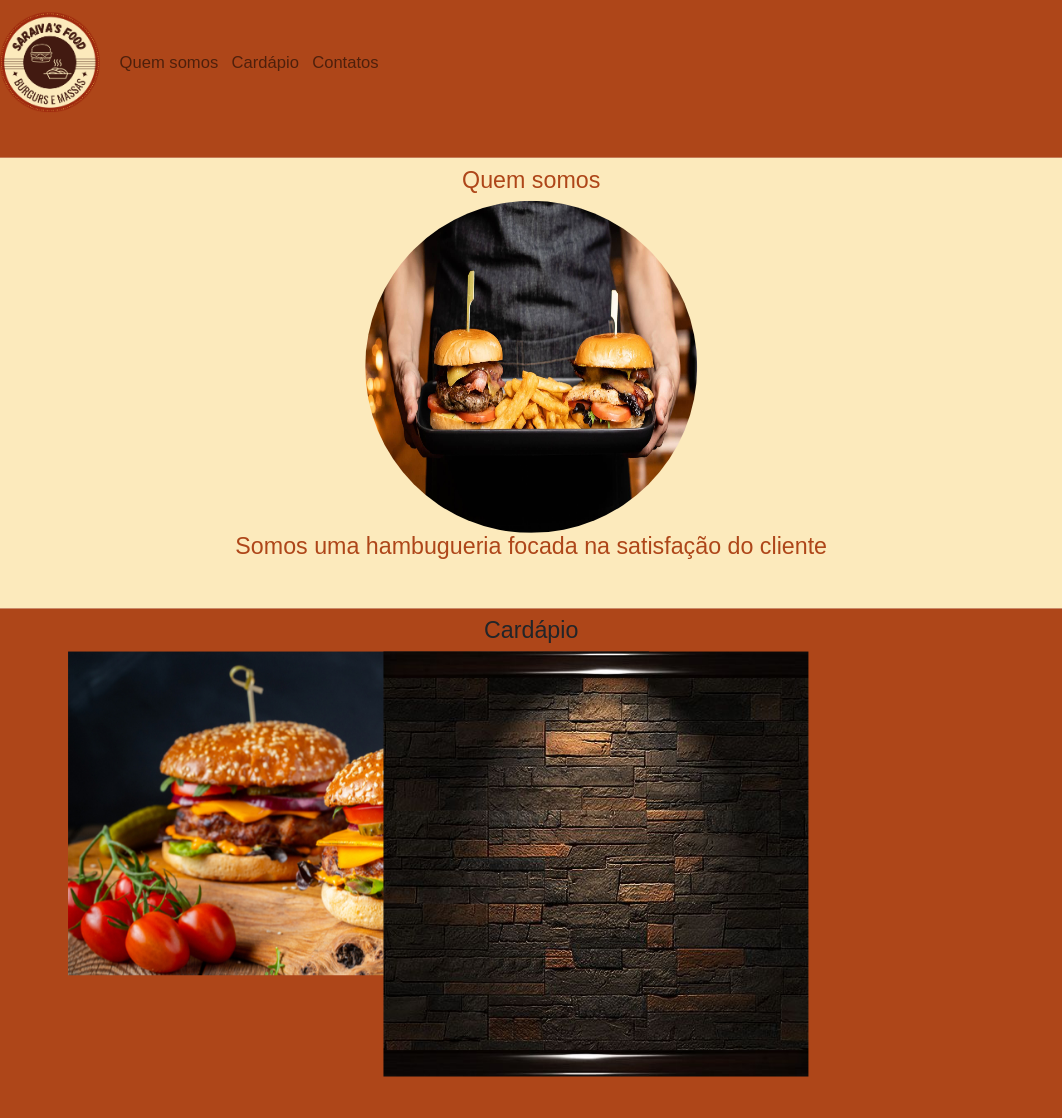
Repository: Tuanemendes/curso_bootstrap
Page: projeto1/index.html
The author's editor kept a copy of each file at every save. The page is drawn from the files as they stood at one save, then again after the next save.
The browser window is 1280 px wide. The pictures show the whole page, at 83% of full size.

Above is the page before, as saved 2022-04-04 17:07:28.

### projeto1/index.html
<!DOCTYPE html>
<html lang="pt-br">

<head>
    <title>Saraiva's</title>
    <meta charset="utf-8">
     <link href="https://cdn.jsdelivr.net/npm/bootstrap@5.1.3/dist/css/bootstrap.min.css" rel="stylesheet" integrity="sha384-1BmE4kWBq78iYhFldvKuhfTAU6auU8tT94WrHftjDbrCEXSU1oBoqyl2QvZ6jIW3" crossorigin="anonymous">
        <link rel=" stylesheet" type="text/css" href="/css/style.css">
</head>

<body>
    <nav class="navbar navbar-expand-lg navbar-light margin">
        <a class="navbar-brand" href="#">
            <img src="/img/saraivasfood.png" alt="logo" width="120" height="120">
        </a>
        <div class="collapse navbar-collapse">
            <ul class="navbar-nav">
                <li class="nav-item">
                    <a class="nav-link " href="#"> Quem somos </a>
                </li>
                <li class="nav-item">
                    <a class="nav-link " href="#"> Cardápio </a>
                </li>
                <li class="nav-item">
                    <a class="nav-link " href="#"> Contatos </a>
                </li>
            </ul>
        </div>
    </nav>

    <section id="quemsomos">
        <div class="container-fluid quem-somos text-center margin">
                <h3>Quem somos</h3>
                <img src="/img/FICHA-TECNICA-PARA-HAMBURGUERIA-DICA.jpg" class="rounded-circle" alt="burgueria" width="400" height="400">
                <h3>Somos uma hambugueria  focada na satisfação do cliente</h3>
        </div>
    </section>
    <section id="cardapio">
        <div class="container-fluid text-center margin cardapio">
           <h3>Cardápio</h3>
            <div class="container">
                <div class="row">
                    <div class="col-md-4">
                         <img src="/img/dia_do_hamburguer_EPA_0.jpg" alt="">

                    </div>
                    <div class="col-md-4">
                        <img src="/img/27cc887a3ec0d44abc315f40abb07257.jpg" alt="">

                    </div>
                </div>
            </div>
        </div>
    </section>

</body>

</html>

### css/style.css
body{
  font: 20px Arial,sans-serif;
}

.navbar{
    background-color: #ae4619;

}
.quem-somos{
    background-color: #fceabc;
    color: #ae4619;

}
.margin{
    padding-bottom: 50px;
    padding-top: 10px;

}
.cardapio{
    background-color: #ae4619;

}

After the next save:
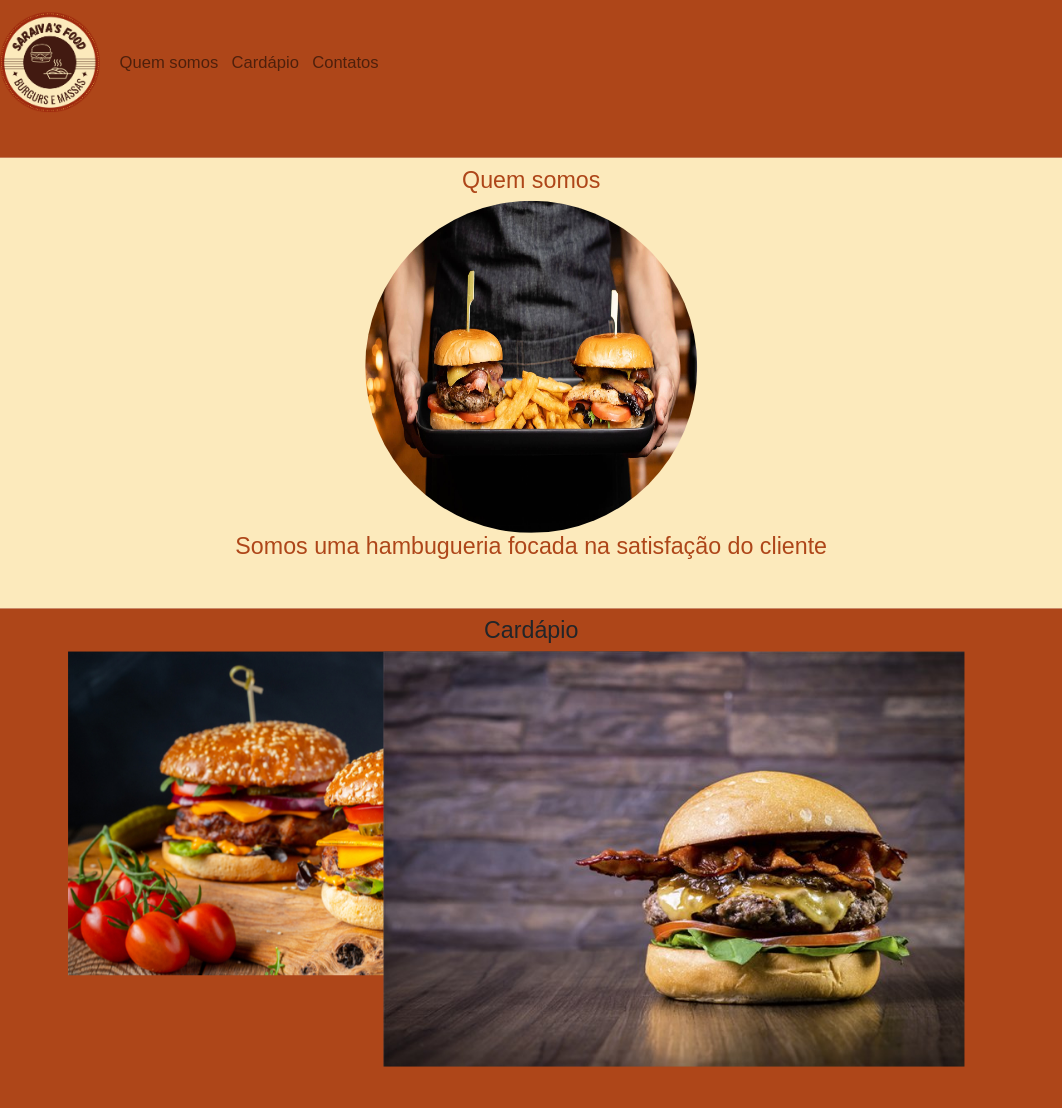
Saved 39 s later.
--- a/projeto1/index.html
+++ b/projeto1/index.html
@@ -45,7 +45,7 @@
 
                     </div>
                     <div class="col-md-4">
-                        <img src="/img/27cc887a3ec0d44abc315f40abb07257.jpg" alt="">
+                        <img src="/img/como-montar-uma-hamburgueria.jpg" alt="">
 
                     </div>
                 </div>
